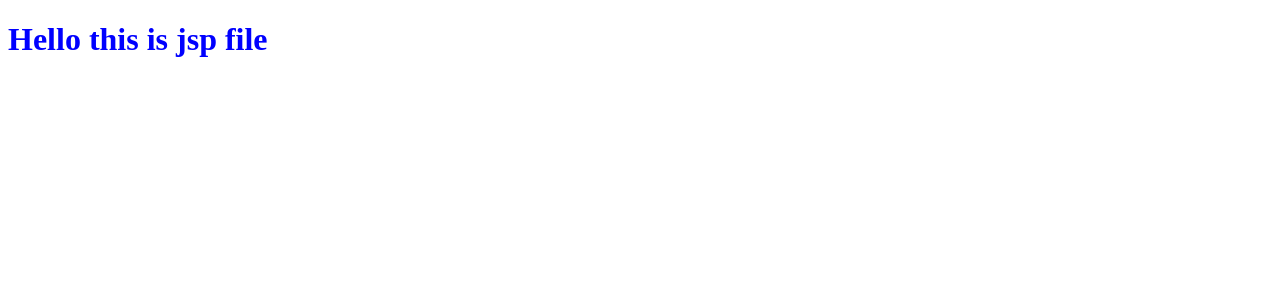
Repository: Suknaina/Repo
Page: http://localhost/jsp_demo/Sample.jsp
An editor plug-in stored every save of this project. The page is shown before and after the next save, followed by the edit.
The browser window is 1280 px wide. The pictures show the whole page.
The page is served by Tomcat 9.

Above is the page before, as saved 2023-05-19 04:31:48.

### jsp_demo/src/main/webapp/Sample.jsp
<%@ page language="java" contentType="text/html; charset=ISO-8859-1"
    pageEncoding="ISO-8859-1"%>
<!DOCTYPE html PUBLIC "-//W3C//DTD HTML 4.01 Transitional//EN" "http://www.w3.org/TR/html4/loose.dtd">
<html>
<head>
<meta http-equiv="Content-Type" content="text/html; charset=ISO-8859-1">
<title>Insert title here</title>
<style type="text/css">
h1{
color: blue;
}
</style>
</head>
<body>
<h1>Hello this is jsp file</h1>
</body>
</html>

After the next save:
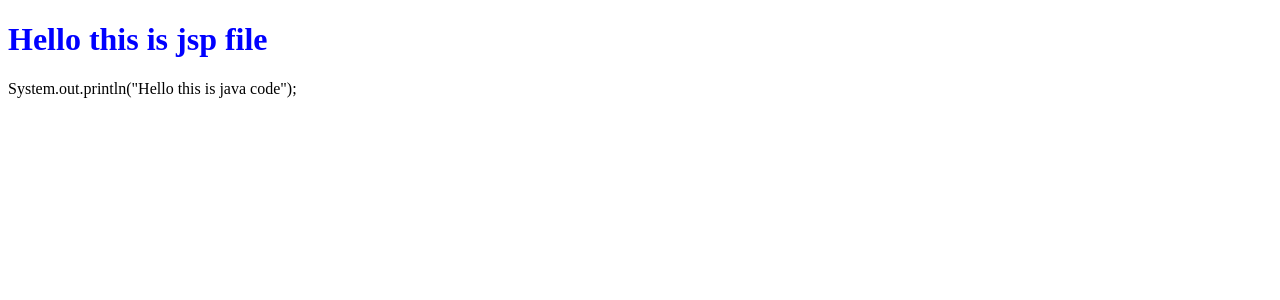
Saved 2 min 51 s later.
--- a/jsp_demo/src/main/webapp/Sample.jsp
+++ b/jsp_demo/src/main/webapp/Sample.jsp
@@ -13,5 +13,6 @@
 </head>
 <body>
 <h1>Hello this is jsp file</h1>
+System.out.println("Hello this is java code");
 </body>
 </html>

After the save that followed:
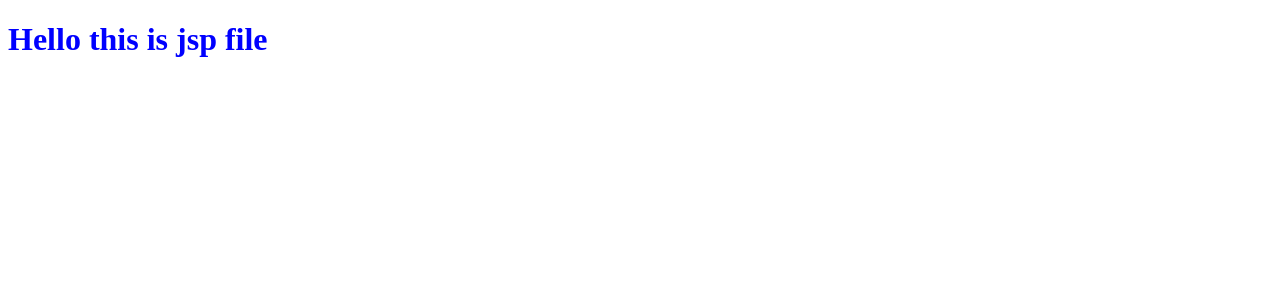
Saved 9 min 4 s later.
--- a/jsp_demo/src/main/webapp/Sample.jsp
+++ b/jsp_demo/src/main/webapp/Sample.jsp
@@ -13,6 +13,8 @@
 </head>
 <body>
 <h1>Hello this is jsp file</h1>
-System.out.println("Hello this is java code");
+
+<%System.out.println("Hello this is java code"); %>
+
 </body>
 </html>
